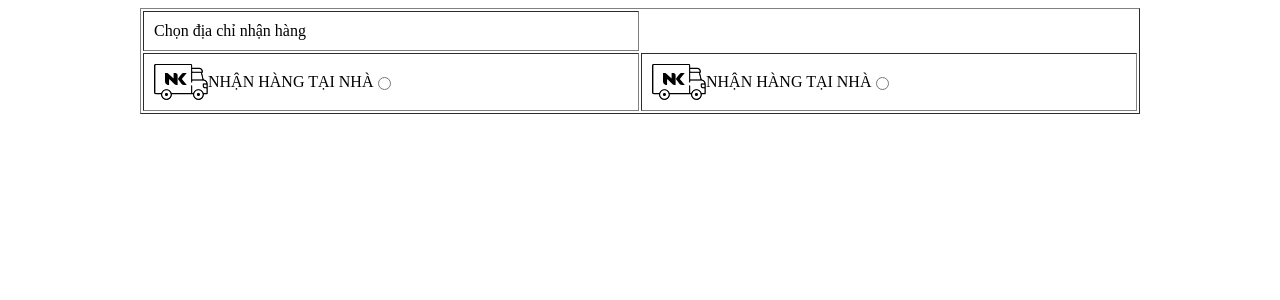
Repository: Tan-Khang21/TH_TKW--Buoi_04
Page: Bai_Tap_Tren_Lop/Bai_03/Bai_03.html
An editor plug-in stored every save of this project. The page is shown before and after the next save, followed by the edit.
The browser window is 1280 px wide. The pictures show the whole page.

Above is the page before, as saved 2024-03-07 21:39:24.

### Bai_Tap_Tren_Lop/Bai_03/Bai_03.html
<!DOCTYPE html>
<html lang="en">
  <head>
    <meta charset="UTF-8" />
    <meta name="viewport" content="width=device-width, initial-scale=1.0" />
    <link rel="stylesheet" href="style.css" />
    <title>Document</title>
  </head>
  <style>
    #redRadio:checked ~ #icon path {
      fill: yellow;
    }
  </style>
  <body>
    <form style="width: 1000px; margin: 0 auto">
      <table border="1px" cellpadding="10px" style="width: 1000px">
        <tr>
          <td>Chọn địa chỉ nhận hàng</td>
        </tr>
        <tr>
          <td>
            <div style="display: flex; align-items: center;">
              <svg
                id="icon"
                width="54"
                height="36"
                viewBox="0 0 54 36"
                fill="none"
              >
                <path
                  d="M44.4198 36C41.4513 36 39.0225 33.5712 39.0225 30.6027C39.0225 30.4138 38.8606 30.1709 38.6717 30.1709H18.1889C18 30.1709 17.8381 30.3328 17.8381 30.5217C17.8381 33.5442 15.4093 35.973 12.4408 35.973C9.47226 35.973 7.04348 33.5442 7.04348 30.5757C7.04348 30.3868 6.88156 30.1439 6.69265 30.1439H1.75412C0.944528 30.1439 0.134933 29.5232 0 28.8486V28.6597V1.51124C0 0.674663 0.944528 0 1.75412 0H36.6477C37.4843 0 38.1589 0.674663 38.1589 1.51124V3.50825C38.1589 3.69715 38.3208 3.85907 38.5097 3.85907H45.3643C47.2804 3.85907 48.8186 5.3973 48.8186 7.31334V8.28486C48.8186 8.52774 48.6297 8.77061 48.3868 8.82459C48.2789 8.85157 48.1979 8.90555 48.1439 8.98651C48.09 9.06747 48.09 9.17541 48.09 9.25637L49.6012 15.2744C49.6282 15.4093 49.7631 15.5172 49.8981 15.5442C52.03 15.8681 53.6492 17.7571 53.6492 19.916V29.6042C53.6492 29.901 53.4063 30.1439 53.1095 30.1439H50.1409C49.952 30.1439 49.7901 30.3058 49.7901 30.4948C49.8171 33.5712 47.3883 36 44.4198 36ZM44.4198 26.2849C42.045 26.2849 40.1289 28.2279 40.1289 30.5757C40.1289 32.9235 42.072 34.8666 44.4198 34.8666C46.7946 34.8666 48.7107 32.9505 48.7107 30.5757C48.7107 28.2009 46.7946 26.2849 44.4198 26.2849ZM12.4408 26.2849C10.066 26.2849 8.14993 28.2279 8.14993 30.5757C8.14993 32.9235 10.093 34.8666 12.4408 34.8666C14.7886 34.8666 16.7316 32.9775 16.7316 30.6027C16.7316 28.2279 14.7886 26.2849 12.4408 26.2849ZM44.4198 25.2054C46.7136 25.2054 48.7646 26.6627 49.5202 28.8486C49.5742 28.9835 49.7092 29.0915 49.8711 29.0915H52.2459C52.4348 29.0915 52.5967 28.9295 52.5967 28.7406V24.7196C52.5967 24.5307 52.4348 24.3688 52.2459 24.3688H51.2204C49.8441 24.3688 48.7376 23.2624 48.7376 21.8861V19.943C48.7376 19.6462 48.9805 19.4033 49.2774 19.4033H52.084C52.1919 19.4033 52.2999 19.3493 52.3808 19.2414C52.4348 19.1604 52.4618 19.0255 52.4348 18.9175C52.003 17.5412 50.7077 16.5967 49.2774 16.5967H38.5637C38.3748 16.5967 38.2129 16.7586 38.2129 16.9475V17.973C38.2129 18.2699 37.97 18.5127 37.6732 18.5127C37.3763 18.5127 37.1334 18.2699 37.1334 17.973V1.51124C37.1334 1.32234 36.9175 1.07946 36.7017 1.07946H1.75412C1.56522 1.07946 1.34933 1.32234 1.34933 1.51124V28.6597C1.34933 28.8486 1.56522 29.0915 1.78111 29.0915H7.01649C7.17841 29.0915 7.31334 28.9835 7.36732 28.8486C8.12294 26.6627 10.1739 25.2054 12.4678 25.2054C14.7616 25.2054 16.8126 26.6627 17.5682 28.8486C17.6222 28.9835 17.7571 29.0915 17.919 29.0915H36.7826C36.9715 29.0915 37.1334 28.9295 37.1334 28.7406V21.8861C37.1334 21.5892 37.3763 21.3463 37.6732 21.3463C37.97 21.3463 38.2129 21.5892 38.2129 21.8861V28.7406C38.2129 28.9295 38.3748 29.0915 38.5637 29.0915H38.9955C39.1574 29.0915 39.2924 28.9835 39.3463 28.8486C40.075 26.6627 42.1259 25.2054 44.4198 25.2054ZM50.1679 20.4828C49.979 20.4828 49.8171 20.6447 49.8171 20.8336V21.8591C49.8171 22.6147 50.4378 23.2624 51.2204 23.2624H52.2459C52.4348 23.2624 52.5967 23.1005 52.5967 22.9115V20.8606C52.5967 20.6717 52.4348 20.5097 52.2459 20.5097H50.1679V20.4828ZM38.5367 8.85157C38.3478 8.85157 38.1859 9.01349 38.1859 9.2024V15.1394C38.1859 15.3283 38.3478 15.4903 38.5367 15.4903H48.09C48.1979 15.4903 48.3059 15.4363 48.3868 15.3553C48.4678 15.2744 48.4678 15.1394 48.4408 15.0315L46.9565 9.09445C46.9026 8.93253 46.7676 8.82459 46.6057 8.82459H38.5367V8.85157ZM38.5367 4.96552C38.3478 4.96552 38.1859 5.12744 38.1859 5.31634V7.36732C38.1859 7.55622 38.3478 7.71814 38.5367 7.71814H47.3883C47.5772 7.71814 47.7391 7.55622 47.7391 7.36732C47.7391 6.01799 46.6867 4.93853 45.3643 4.93853H38.5367V4.96552Z"
                  fill="black"
                />
                <path
                  d="M44.4198 35.7301C41.5862 35.7301 39.2923 33.4363 39.2923 30.6027C39.2923 30.2789 39.0225 29.9011 38.6716 29.9011H18.1889C17.8381 29.9011 17.5682 30.1979 17.5682 30.5217C17.5682 31.925 17.0285 33.2204 16.0569 34.1919C15.0854 35.1634 13.8171 35.7032 12.4408 35.7032C9.60717 35.7032 7.31331 33.4093 7.31331 30.5757C7.31331 30.2519 7.04345 29.8741 6.69262 29.8741H1.75409C1.07943 29.8741 0.377782 29.3613 0.269836 28.7946V28.6327V1.51125C0.269836 0.836584 1.07943 0.269867 1.75409 0.269867H36.6476C37.3223 0.269867 37.889 0.836584 37.889 1.51125V3.50825C37.889 3.85907 38.1859 4.12894 38.5097 4.12894H45.3643C47.1184 4.12894 48.5487 5.55922 48.5487 7.31335V8.28486C48.5487 8.41979 48.4677 8.52774 48.3328 8.55472C48.1709 8.58171 48.009 8.68966 47.928 8.82459C47.847 8.95952 47.8201 9.14843 47.847 9.31035L49.3583 15.3283C49.4123 15.5712 49.6282 15.7601 49.871 15.8141C51.895 16.1109 53.4063 17.8921 53.4063 19.916V29.6042C53.4063 29.7661 53.2713 29.8741 53.1364 29.8741H50.1679C49.8171 29.8741 49.5472 30.1709 49.5472 30.4948C49.5472 31.8981 49.0075 33.1934 48.036 34.1649C47.0644 35.1904 45.7961 35.7301 44.4198 35.7301ZM44.4198 26.015C41.91 26.015 39.859 28.066 39.859 30.5757C39.859 33.0855 41.91 35.1364 44.4198 35.1364C46.9295 35.1364 48.9805 33.0855 48.9805 30.5757C48.9805 28.066 46.9295 26.015 44.4198 26.015ZM12.4408 26.015C9.93101 26.015 7.88003 28.066 7.88003 30.5757C7.88003 33.0855 9.93101 35.1364 12.4408 35.1364C14.9505 35.1364 17.0015 33.1124 17.0015 30.6027C17.0015 28.066 14.9505 26.015 12.4408 26.015ZM44.4198 25.4753C46.6057 25.4753 48.5487 26.8516 49.2503 28.9295C49.3313 29.1724 49.5742 29.3613 49.844 29.3613H52.2189C52.5697 29.3613 52.8396 29.0645 52.8396 28.7406V24.7196C52.8396 24.3688 52.5427 24.099 52.2189 24.099H51.1934C49.979 24.099 48.9805 23.1005 48.9805 21.8861V19.943C48.9805 19.7811 49.1154 19.6732 49.2503 19.6732H52.0839C52.2728 19.6732 52.4887 19.5652 52.5967 19.4033C52.7046 19.2414 52.7586 19.0255 52.6776 18.8366C52.1919 17.3523 50.8156 16.3268 49.2503 16.3268H38.5367C38.1859 16.3268 37.916 16.6237 37.916 16.9475V17.973C37.916 18.1349 37.7811 18.2429 37.6461 18.2429C37.4842 18.2429 37.3763 18.1079 37.3763 17.973V1.51125C37.3763 1.16042 37.0255 0.809597 36.6746 0.809597H1.75409C1.40327 0.809597 1.07943 1.16042 1.07943 1.51125V28.6597C1.07943 29.0105 1.43026 29.3613 1.78108 29.3613H7.01646C7.28633 29.3613 7.52921 29.1994 7.61017 28.9295C8.3388 26.8516 10.2818 25.4753 12.4408 25.4753C14.6267 25.4753 16.5697 26.8516 17.2713 28.9295C17.3523 29.1724 17.5952 29.3613 17.865 29.3613H36.7286C37.0794 29.3613 37.3493 29.0645 37.3493 28.7406V21.8861C37.3493 21.7241 37.4842 21.6162 37.6192 21.6162C37.7541 21.6162 37.889 21.7511 37.889 21.8861V28.7406C37.889 29.0915 38.1859 29.3613 38.5097 29.3613H38.9415C39.2114 29.3613 39.4542 29.1994 39.5352 28.9295C40.2908 26.8516 42.2339 25.4753 44.4198 25.4753ZM50.1679 20.2129C49.8171 20.2129 49.5472 20.5097 49.5472 20.8336V21.8591C49.5472 22.7766 50.3028 23.5322 51.2204 23.5322H52.2458C52.5967 23.5322 52.8665 23.2354 52.8665 22.9115V20.8606C52.8665 20.5097 52.5697 20.2399 52.2458 20.2399H50.1679V20.2129ZM38.5367 8.58171C38.1859 8.58171 37.916 8.87856 37.916 9.2024V15.1394C37.916 15.4903 38.2129 15.7601 38.5367 15.7601H48.0899C48.2788 15.7601 48.4677 15.6792 48.6027 15.5172C48.7106 15.3553 48.7646 15.1664 48.7106 14.9775L47.2264 9.04048C47.1454 8.77062 46.9025 8.55472 46.6057 8.55472H38.5367V8.58171ZM38.5367 4.69565C38.1859 4.69565 37.916 4.99251 37.916 5.31634V7.36732C37.916 7.71814 38.2129 7.98801 38.5367 7.98801H47.3883C47.7391 7.98801 48.009 7.69116 48.009 7.36732C48.009 5.85607 46.8485 4.66867 45.3643 4.66867H38.5367V4.69565Z"
                  fill="black"
                />
                <path
                  d="M12.4408 32.114C11.6042 32.114 10.9296 31.4393 10.9296 30.6027C10.9296 29.7661 11.6042 29.0915 12.4408 29.0915C13.2774 29.0915 13.9521 29.7661 13.9521 30.6027C13.9521 31.4393 13.2774 32.114 12.4408 32.114Z"
                  fill="black"
                />
                <path
                  d="M12.4408 31.8441C11.7661 31.8441 11.1994 31.2774 11.1994 30.6027C11.1994 29.928 11.7661 29.3613 12.4408 29.3613C13.1154 29.3613 13.6822 29.928 13.6822 30.6027C13.6822 31.2774 13.1154 31.8441 12.4408 31.8441Z"
                  fill="black"
                />
                <path
                  d="M44.4198 32.114C43.5832 32.114 42.9086 31.4393 42.9086 30.6027C42.9086 29.7661 43.5832 29.0915 44.4198 29.0915C45.2564 29.0915 45.9311 29.7661 45.9311 30.6027C45.9311 31.4393 45.2564 32.114 44.4198 32.114Z"
                  fill="black"
                />
                <path
                  d="M44.4198 31.8441C43.7451 31.8441 43.1784 31.2774 43.1784 30.6027C43.1784 29.928 43.7451 29.3613 44.4198 29.3613C45.0944 29.3613 45.6612 29.928 45.6612 30.6027C45.6612 31.2774 45.0944 31.8441 44.4198 31.8441Z"
                  fill="black"
                />
                <path
                  d="M15.0767 14.8238V20.9712C14.8826 21.0359 14.6884 20.9712 14.559 20.9712C14.1061 20.9712 13.7178 20.9065 13.2648 20.7771C12.0354 20.3889 11.3235 19.5476 11.1294 18.3182C11.0647 17.9299 11 17.5416 11 17.2181C11 14.565 11 11.9119 11 9.32355V9C11.0647 9 11.0647 9 11.1294 9C11.7118 9 12.2942 9 12.8766 9.06471C13.2001 9.06471 13.5237 9.12942 13.7825 9.25884C14.0413 9.32355 14.2355 9.51768 14.4296 9.64709C16.0473 11.2001 17.7298 12.8179 19.3475 14.3709C19.4122 14.4356 19.4769 14.5003 19.5416 14.565C19.6063 14.5003 19.6064 14.4356 19.6064 14.3709C19.6064 13.7885 19.6064 13.2061 19.6064 12.6237V9.25884V9C20.1887 9 20.7711 9 21.2888 9C21.5476 9 21.8712 9.06471 22.13 9.12942C22.9712 9.32355 23.4242 9.84122 23.5536 10.6824C23.6183 10.9413 23.6183 11.2001 23.6183 11.459C23.6183 12.6237 23.6183 13.7885 23.6183 14.9533C23.6183 16.8945 23.6183 18.9005 23.6183 20.8418C23.6183 20.9065 23.6183 20.9065 23.6183 20.9712H23.5536C22.8418 20.9712 22.1947 20.9065 21.5476 20.7124C21.1594 20.583 20.8358 20.3889 20.577 20.13C19.2181 18.8358 17.8592 17.5416 16.5003 16.2475C16.0473 15.7945 15.5944 15.4062 15.1414 14.9533C15.2061 14.9533 15.1414 14.8886 15.0767 14.8238Z"
                  fill="black"
                />
                <path
                  d="M32.807 20.9712C32.7423 20.9712 32.6776 20.9712 32.6776 20.9712C31.6423 20.9712 30.6069 20.9712 29.5716 20.9712C29.3127 20.9712 29.0539 20.9065 28.8598 20.8418C28.3421 20.7124 27.9538 20.3889 27.6303 20.0006C26.4008 18.3182 25.1713 16.7004 23.8771 15.018L23.8124 14.9533C24.0713 14.6297 24.2654 14.2415 24.5242 13.9179C25.4302 12.6237 26.4008 11.3942 27.4362 10.1648C27.5009 10.0354 27.695 9.84122 27.8244 9.64709C28.2127 9.25884 28.6656 9.06471 29.1833 9C29.4422 9 29.7657 9 30.0245 9C30.8658 9 31.707 9 32.4835 9H32.7423C31.0599 10.9413 29.3774 12.8826 27.8244 15.018C29.5069 17.024 31.1246 18.9652 32.807 20.9712Z"
                  fill="black"
                />
              </svg>
              <label for="redRadio">NHẬN HÀNG TẠI NHÀ</label>
              <input type="radio" id="redRadio" name="color" value="red" />
            </div>
          </td>
          <td>
            <div style="display: flex; align-items: center;">
              <svg
                id="icon"
                width="54"
                height="36"
                viewBox="0 0 54 36"
                fill="none"
              >
                <path
                  d="M44.4198 36C41.4513 36 39.0225 33.5712 39.0225 30.6027C39.0225 30.4138 38.8606 30.1709 38.6717 30.1709H18.1889C18 30.1709 17.8381 30.3328 17.8381 30.5217C17.8381 33.5442 15.4093 35.973 12.4408 35.973C9.47226 35.973 7.04348 33.5442 7.04348 30.5757C7.04348 30.3868 6.88156 30.1439 6.69265 30.1439H1.75412C0.944528 30.1439 0.134933 29.5232 0 28.8486V28.6597V1.51124C0 0.674663 0.944528 0 1.75412 0H36.6477C37.4843 0 38.1589 0.674663 38.1589 1.51124V3.50825C38.1589 3.69715 38.3208 3.85907 38.5097 3.85907H45.3643C47.2804 3.85907 48.8186 5.3973 48.8186 7.31334V8.28486C48.8186 8.52774 48.6297 8.77061 48.3868 8.82459C48.2789 8.85157 48.1979 8.90555 48.1439 8.98651C48.09 9.06747 48.09 9.17541 48.09 9.25637L49.6012 15.2744C49.6282 15.4093 49.7631 15.5172 49.8981 15.5442C52.03 15.8681 53.6492 17.7571 53.6492 19.916V29.6042C53.6492 29.901 53.4063 30.1439 53.1095 30.1439H50.1409C49.952 30.1439 49.7901 30.3058 49.7901 30.4948C49.8171 33.5712 47.3883 36 44.4198 36ZM44.4198 26.2849C42.045 26.2849 40.1289 28.2279 40.1289 30.5757C40.1289 32.9235 42.072 34.8666 44.4198 34.8666C46.7946 34.8666 48.7107 32.9505 48.7107 30.5757C48.7107 28.2009 46.7946 26.2849 44.4198 26.2849ZM12.4408 26.2849C10.066 26.2849 8.14993 28.2279 8.14993 30.5757C8.14993 32.9235 10.093 34.8666 12.4408 34.8666C14.7886 34.8666 16.7316 32.9775 16.7316 30.6027C16.7316 28.2279 14.7886 26.2849 12.4408 26.2849ZM44.4198 25.2054C46.7136 25.2054 48.7646 26.6627 49.5202 28.8486C49.5742 28.9835 49.7092 29.0915 49.8711 29.0915H52.2459C52.4348 29.0915 52.5967 28.9295 52.5967 28.7406V24.7196C52.5967 24.5307 52.4348 24.3688 52.2459 24.3688H51.2204C49.8441 24.3688 48.7376 23.2624 48.7376 21.8861V19.943C48.7376 19.6462 48.9805 19.4033 49.2774 19.4033H52.084C52.1919 19.4033 52.2999 19.3493 52.3808 19.2414C52.4348 19.1604 52.4618 19.0255 52.4348 18.9175C52.003 17.5412 50.7077 16.5967 49.2774 16.5967H38.5637C38.3748 16.5967 38.2129 16.7586 38.2129 16.9475V17.973C38.2129 18.2699 37.97 18.5127 37.6732 18.5127C37.3763 18.5127 37.1334 18.2699 37.1334 17.973V1.51124C37.1334 1.32234 36.9175 1.07946 36.7017 1.07946H1.75412C1.56522 1.07946 1.34933 1.32234 1.34933 1.51124V28.6597C1.34933 28.8486 1.56522 29.0915 1.78111 29.0915H7.01649C7.17841 29.0915 7.31334 28.9835 7.36732 28.8486C8.12294 26.6627 10.1739 25.2054 12.4678 25.2054C14.7616 25.2054 16.8126 26.6627 17.5682 28.8486C17.6222 28.9835 17.7571 29.0915 17.919 29.0915H36.7826C36.9715 29.0915 37.1334 28.9295 37.1334 28.7406V21.8861C37.1334 21.5892 37.3763 21.3463 37.6732 21.3463C37.97 21.3463 38.2129 21.5892 38.2129 21.8861V28.7406C38.2129 28.9295 38.3748 29.0915 38.5637 29.0915H38.9955C39.1574 29.0915 39.2924 28.9835 39.3463 28.8486C40.075 26.6627 42.1259 25.2054 44.4198 25.2054ZM50.1679 20.4828C49.979 20.4828 49.8171 20.6447 49.8171 20.8336V21.8591C49.8171 22.6147 50.4378 23.2624 51.2204 23.2624H52.2459C52.4348 23.2624 52.5967 23.1005 52.5967 22.9115V20.8606C52.5967 20.6717 52.4348 20.5097 52.2459 20.5097H50.1679V20.4828ZM38.5367 8.85157C38.3478 8.85157 38.1859 9.01349 38.1859 9.2024V15.1394C38.1859 15.3283 38.3478 15.4903 38.5367 15.4903H48.09C48.1979 15.4903 48.3059 15.4363 48.3868 15.3553C48.4678 15.2744 48.4678 15.1394 48.4408 15.0315L46.9565 9.09445C46.9026 8.93253 46.7676 8.82459 46.6057 8.82459H38.5367V8.85157ZM38.5367 4.96552C38.3478 4.96552 38.1859 5.12744 38.1859 5.31634V7.36732C38.1859 7.55622 38.3478 7.71814 38.5367 7.71814H47.3883C47.5772 7.71814 47.7391 7.55622 47.7391 7.36732C47.7391 6.01799 46.6867 4.93853 45.3643 4.93853H38.5367V4.96552Z"
                  fill="black"
                />
                <path
                  d="M44.4198 35.7301C41.5862 35.7301 39.2923 33.4363 39.2923 30.6027C39.2923 30.2789 39.0225 29.9011 38.6716 29.9011H18.1889C17.8381 29.9011 17.5682 30.1979 17.5682 30.5217C17.5682 31.925 17.0285 33.2204 16.0569 34.1919C15.0854 35.1634 13.8171 35.7032 12.4408 35.7032C9.60717 35.7032 7.31331 33.4093 7.31331 30.5757C7.31331 30.2519 7.04345 29.8741 6.69262 29.8741H1.75409C1.07943 29.8741 0.377782 29.3613 0.269836 28.7946V28.6327V1.51125C0.269836 0.836584 1.07943 0.269867 1.75409 0.269867H36.6476C37.3223 0.269867 37.889 0.836584 37.889 1.51125V3.50825C37.889 3.85907 38.1859 4.12894 38.5097 4.12894H45.3643C47.1184 4.12894 48.5487 5.55922 48.5487 7.31335V8.28486C48.5487 8.41979 48.4677 8.52774 48.3328 8.55472C48.1709 8.58171 48.009 8.68966 47.928 8.82459C47.847 8.95952 47.8201 9.14843 47.847 9.31035L49.3583 15.3283C49.4123 15.5712 49.6282 15.7601 49.871 15.8141C51.895 16.1109 53.4063 17.8921 53.4063 19.916V29.6042C53.4063 29.7661 53.2713 29.8741 53.1364 29.8741H50.1679C49.8171 29.8741 49.5472 30.1709 49.5472 30.4948C49.5472 31.8981 49.0075 33.1934 48.036 34.1649C47.0644 35.1904 45.7961 35.7301 44.4198 35.7301ZM44.4198 26.015C41.91 26.015 39.859 28.066 39.859 30.5757C39.859 33.0855 41.91 35.1364 44.4198 35.1364C46.9295 35.1364 48.9805 33.0855 48.9805 30.5757C48.9805 28.066 46.9295 26.015 44.4198 26.015ZM12.4408 26.015C9.93101 26.015 7.88003 28.066 7.88003 30.5757C7.88003 33.0855 9.93101 35.1364 12.4408 35.1364C14.9505 35.1364 17.0015 33.1124 17.0015 30.6027C17.0015 28.066 14.9505 26.015 12.4408 26.015ZM44.4198 25.4753C46.6057 25.4753 48.5487 26.8516 49.2503 28.9295C49.3313 29.1724 49.5742 29.3613 49.844 29.3613H52.2189C52.5697 29.3613 52.8396 29.0645 52.8396 28.7406V24.7196C52.8396 24.3688 52.5427 24.099 52.2189 24.099H51.1934C49.979 24.099 48.9805 23.1005 48.9805 21.8861V19.943C48.9805 19.7811 49.1154 19.6732 49.2503 19.6732H52.0839C52.2728 19.6732 52.4887 19.5652 52.5967 19.4033C52.7046 19.2414 52.7586 19.0255 52.6776 18.8366C52.1919 17.3523 50.8156 16.3268 49.2503 16.3268H38.5367C38.1859 16.3268 37.916 16.6237 37.916 16.9475V17.973C37.916 18.1349 37.7811 18.2429 37.6461 18.2429C37.4842 18.2429 37.3763 18.1079 37.3763 17.973V1.51125C37.3763 1.16042 37.0255 0.809597 36.6746 0.809597H1.75409C1.40327 0.809597 1.07943 1.16042 1.07943 1.51125V28.6597C1.07943 29.0105 1.43026 29.3613 1.78108 29.3613H7.01646C7.28633 29.3613 7.52921 29.1994 7.61017 28.9295C8.3388 26.8516 10.2818 25.4753 12.4408 25.4753C14.6267 25.4753 16.5697 26.8516 17.2713 28.9295C17.3523 29.1724 17.5952 29.3613 17.865 29.3613H36.7286C37.0794 29.3613 37.3493 29.0645 37.3493 28.7406V21.8861C37.3493 21.7241 37.4842 21.6162 37.6192 21.6162C37.7541 21.6162 37.889 21.7511 37.889 21.8861V28.7406C37.889 29.0915 38.1859 29.3613 38.5097 29.3613H38.9415C39.2114 29.3613 39.4542 29.1994 39.5352 28.9295C40.2908 26.8516 42.2339 25.4753 44.4198 25.4753ZM50.1679 20.2129C49.8171 20.2129 49.5472 20.5097 49.5472 20.8336V21.8591C49.5472 22.7766 50.3028 23.5322 51.2204 23.5322H52.2458C52.5967 23.5322 52.8665 23.2354 52.8665 22.9115V20.8606C52.8665 20.5097 52.5697 20.2399 52.2458 20.2399H50.1679V20.2129ZM38.5367 8.58171C38.1859 8.58171 37.916 8.87856 37.916 9.2024V15.1394C37.916 15.4903 38.2129 15.7601 38.5367 15.7601H48.0899C48.2788 15.7601 48.4677 15.6792 48.6027 15.5172C48.7106 15.3553 48.7646 15.1664 48.7106 14.9775L47.2264 9.04048C47.1454 8.77062 46.9025 8.55472 46.6057 8.55472H38.5367V8.58171ZM38.5367 4.69565C38.1859 4.69565 37.916 4.99251 37.916 5.31634V7.36732C37.916 7.71814 38.2129 7.98801 38.5367 7.98801H47.3883C47.7391 7.98801 48.009 7.69116 48.009 7.36732C48.009 5.85607 46.8485 4.66867 45.3643 4.66867H38.5367V4.69565Z"
                  fill="black"
                />
                <path
                  d="M12.4408 32.114C11.6042 32.114 10.9296 31.4393 10.9296 30.6027C10.9296 29.7661 11.6042 29.0915 12.4408 29.0915C13.2774 29.0915 13.9521 29.7661 13.9521 30.6027C13.9521 31.4393 13.2774 32.114 12.4408 32.114Z"
                  fill="black"
                />
                <path
                  d="M12.4408 31.8441C11.7661 31.8441 11.1994 31.2774 11.1994 30.6027C11.1994 29.928 11.7661 29.3613 12.4408 29.3613C13.1154 29.3613 13.6822 29.928 13.6822 30.6027C13.6822 31.2774 13.1154 31.8441 12.4408 31.8441Z"
                  fill="black"
                />
                <path
                  d="M44.4198 32.114C43.5832 32.114 42.9086 31.4393 42.9086 30.6027C42.9086 29.7661 43.5832 29.0915 44.4198 29.0915C45.2564 29.0915 45.9311 29.7661 45.9311 30.6027C45.9311 31.4393 45.2564 32.114 44.4198 32.114Z"
                  fill="black"
                />
                <path
                  d="M44.4198 31.8441C43.7451 31.8441 43.1784 31.2774 43.1784 30.6027C43.1784 29.928 43.7451 29.3613 44.4198 29.3613C45.0944 29.3613 45.6612 29.928 45.6612 30.6027C45.6612 31.2774 45.0944 31.8441 44.4198 31.8441Z"
                  fill="black"
                />
                <path
                  d="M15.0767 14.8238V20.9712C14.8826 21.0359 14.6884 20.9712 14.559 20.9712C14.1061 20.9712 13.7178 20.9065 13.2648 20.7771C12.0354 20.3889 11.3235 19.5476 11.1294 18.3182C11.0647 17.9299 11 17.5416 11 17.2181C11 14.565 11 11.9119 11 9.32355V9C11.0647 9 11.0647 9 11.1294 9C11.7118 9 12.2942 9 12.8766 9.06471C13.2001 9.06471 13.5237 9.12942 13.7825 9.25884C14.0413 9.32355 14.2355 9.51768 14.4296 9.64709C16.0473 11.2001 17.7298 12.8179 19.3475 14.3709C19.4122 14.4356 19.4769 14.5003 19.5416 14.565C19.6063 14.5003 19.6064 14.4356 19.6064 14.3709C19.6064 13.7885 19.6064 13.2061 19.6064 12.6237V9.25884V9C20.1887 9 20.7711 9 21.2888 9C21.5476 9 21.8712 9.06471 22.13 9.12942C22.9712 9.32355 23.4242 9.84122 23.5536 10.6824C23.6183 10.9413 23.6183 11.2001 23.6183 11.459C23.6183 12.6237 23.6183 13.7885 23.6183 14.9533C23.6183 16.8945 23.6183 18.9005 23.6183 20.8418C23.6183 20.9065 23.6183 20.9065 23.6183 20.9712H23.5536C22.8418 20.9712 22.1947 20.9065 21.5476 20.7124C21.1594 20.583 20.8358 20.3889 20.577 20.13C19.2181 18.8358 17.8592 17.5416 16.5003 16.2475C16.0473 15.7945 15.5944 15.4062 15.1414 14.9533C15.2061 14.9533 15.1414 14.8886 15.0767 14.8238Z"
                  fill="black"
                />
                <path
                  d="M32.807 20.9712C32.7423 20.9712 32.6776 20.9712 32.6776 20.9712C31.6423 20.9712 30.6069 20.9712 29.5716 20.9712C29.3127 20.9712 29.0539 20.9065 28.8598 20.8418C28.3421 20.7124 27.9538 20.3889 27.6303 20.0006C26.4008 18.3182 25.1713 16.7004 23.8771 15.018L23.8124 14.9533C24.0713 14.6297 24.2654 14.2415 24.5242 13.9179C25.4302 12.6237 26.4008 11.3942 27.4362 10.1648C27.5009 10.0354 27.695 9.84122 27.8244 9.64709C28.2127 9.25884 28.6656 9.06471 29.1833 9C29.4422 9 29.7657 9 30.0245 9C30.8658 9 31.707 9 32.4835 9H32.7423C31.0599 10.9413 29.3774 12.8826 27.8244 15.018C29.5069 17.024 31.1246 18.9652 32.807 20.9712Z"
                  fill="black"
                />
              </svg>
              <label for="redRadio">NHẬN HÀNG TẠI NHÀ</label>
              <input type="radio" id="redRadio" name="color" value="red" />
            </div>
          </td>
        </tr>
      </table>
    </form>
  </body>
</html>

### Bai_Tap_Tren_Lop/Bai_03/style.css
#label {
    color: black; /* Màu chữ mặc định */
}

#myCheckbox:checked + #label {
    color: red; /* Màu chữ thay đổi khi checkbox được check */
}

After the next save:
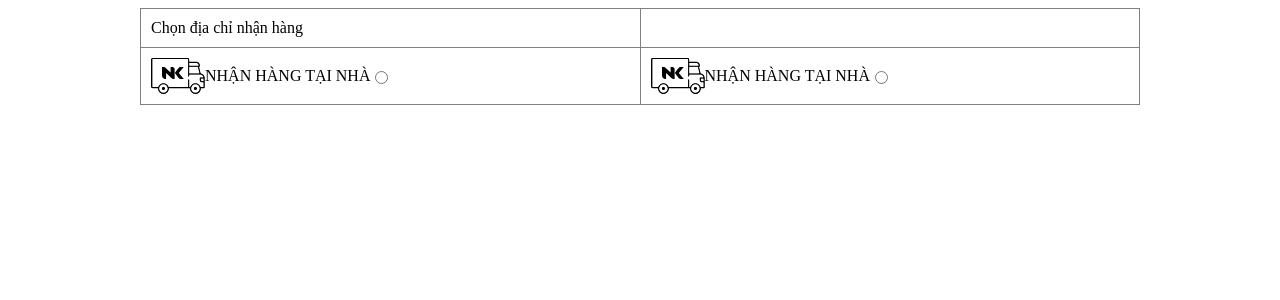
Saved 45 s later.
--- a/Bai_Tap_Tren_Lop/Bai_03/Bai_03.html
+++ b/Bai_Tap_Tren_Lop/Bai_03/Bai_03.html
@@ -13,7 +13,7 @@
   </style>
   <body>
     <form style="width: 1000px; margin: 0 auto">
-      <table border="1px" cellpadding="10px" style="width: 1000px">
+      <table border="1px" cellpadding="10px" style="width: 1000px; border-collapse:collapse ;">
         <tr>
           <td>Chọn địa chỉ nhận hàng</td>
         </tr>

After the save that followed:
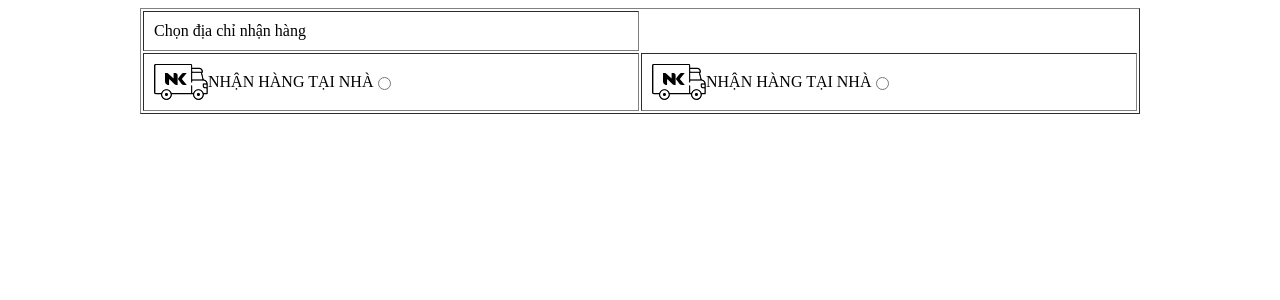
Saved 11 s later.
--- a/Bai_Tap_Tren_Lop/Bai_03/Bai_03.html
+++ b/Bai_Tap_Tren_Lop/Bai_03/Bai_03.html
@@ -13,7 +13,7 @@
   </style>
   <body>
     <form style="width: 1000px; margin: 0 auto">
-      <table border="1px" cellpadding="10px" style="width: 1000px; border-collapse:collapse ;">
+      <table border="1px" cellpadding="10px" style="width: 1000px;">
         <tr>
           <td>Chọn địa chỉ nhận hàng</td>
         </tr>
